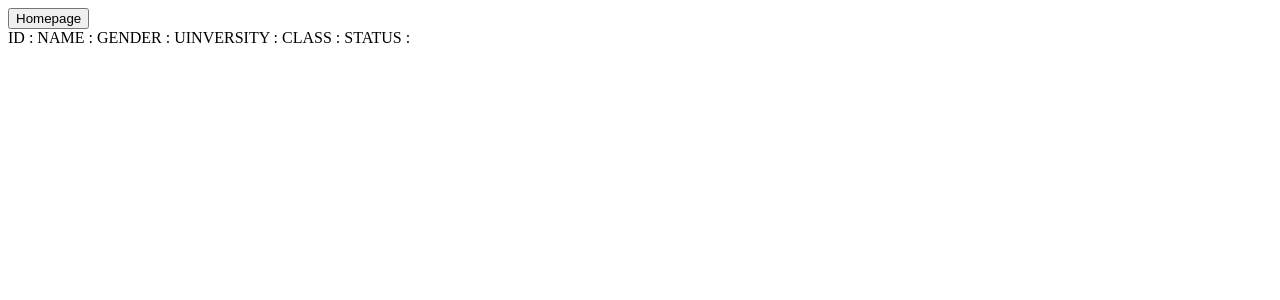
Repository: kepisal/ServletJAVA
Page: AjaxStaffandStudent/WebContent/pages/viewdetails.html
The author's editor kept a copy of each file at every save. The page is drawn from the files as they stood at one save, then again after the next save.
The browser window is 1280 px wide. The pictures show the whole page.

Above is the page before, as saved 2015-07-10 15:35:56.

### AjaxStaffandStudent/WebContent/pages/viewdetails.html
<!DOCTYPE html>
<html>
<head>
<meta charset="ISO-8859-1">
<title>Insert title here</title>
</head>
<body>
	<div>
		<button id="btnhomepage">Homepage</button>
	</div>
	<div>
		<label>ID         :</label>
		<label>NAME       :</label>
		<label>GENDER     :</label>
		<label>UINVERSITY :</label>
		<label>CLASS      :</label>
		<label>STATUS     :</label>
	</div>
</body>
</html>

After the next save:
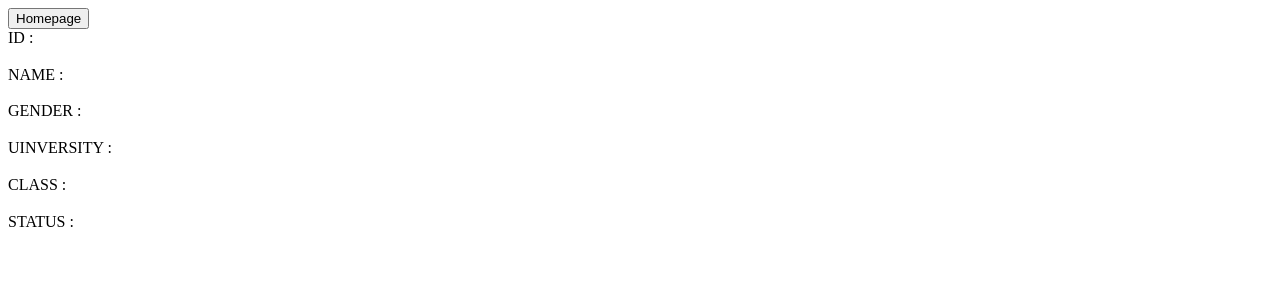
Saved 19 s later.
--- a/AjaxStaffandStudent/WebContent/pages/viewdetails.html
+++ b/AjaxStaffandStudent/WebContent/pages/viewdetails.html
@@ -9,12 +9,12 @@
 		<button id="btnhomepage">Homepage</button>
 	</div>
 	<div>
-		<label>ID         :</label>
-		<label>NAME       :</label>
-		<label>GENDER     :</label>
-		<label>UINVERSITY :</label>
-		<label>CLASS      :</label>
-		<label>STATUS     :</label>
+		<label>ID         :</label><h3></h3>
+		<label>NAME       :</label><h3></h3>
+		<label>GENDER     :</label><h3></h3>
+		<label>UINVERSITY :</label><h3></h3>
+		<label>CLASS      :</label><h3></h3>
+		<label>STATUS     :</label><h3></h3>
 	</div>
 </body>
 </html>
